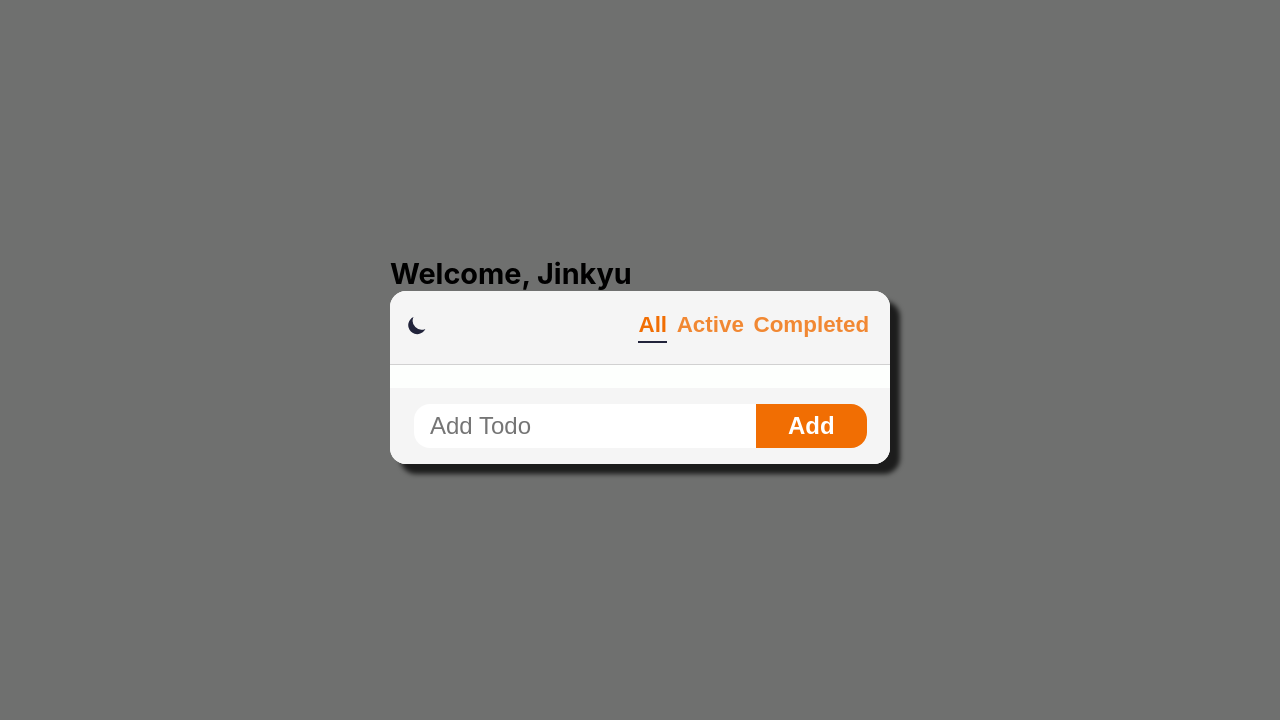
Repository: MrJinkyu/TodoList
Page: /
The author's editor kept a copy of each file at every save. The page is drawn from the files as they stood at one save, then again after the next save.
The browser window is 1280 px wide. The pictures show the whole page.
The project was rebuilt for these pictures with package versions that can differ from the ones it lists, and the page was loaded fresh each time. Also part of the build but not shown: src/components/Todo.module.css, src/components/Todo.jsx, src/components/Greeting.module.css.

Above is the page before, as saved 2023-05-01 16:04:49.

After the next save:
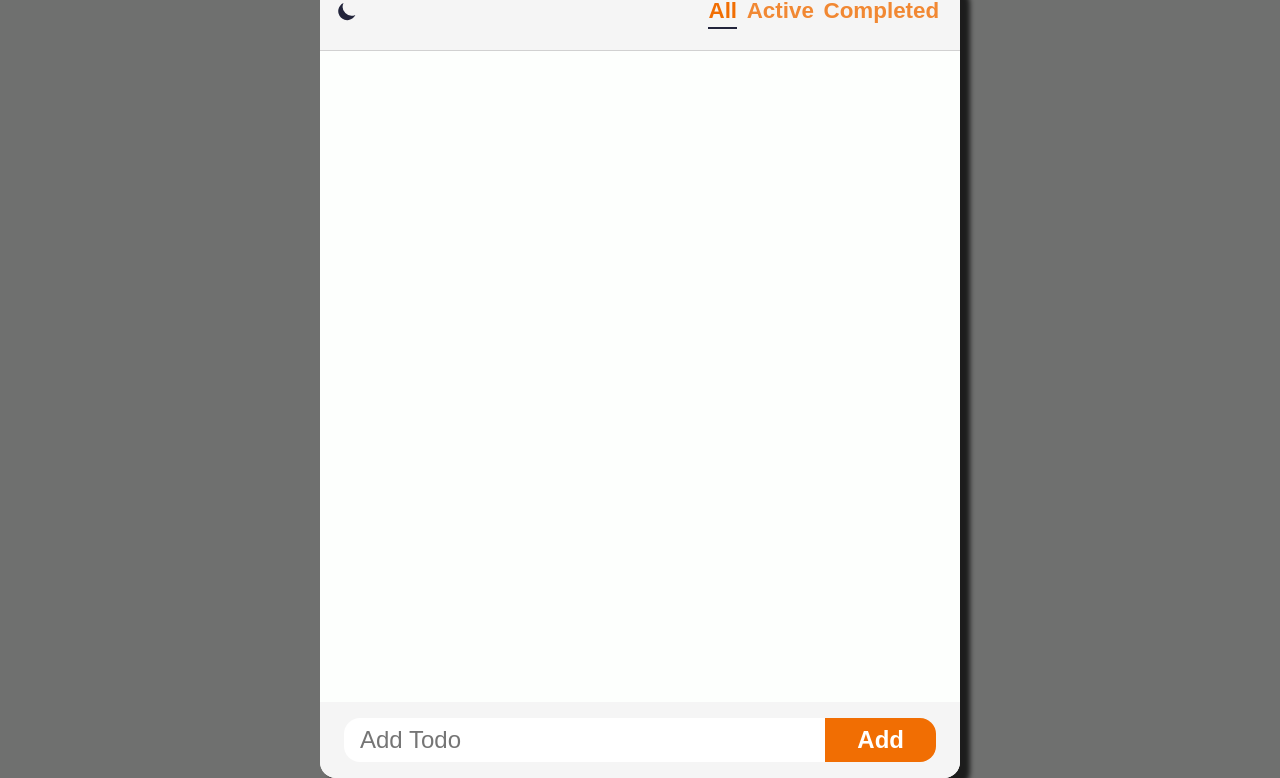
Saved 58 s later.
--- a/src/App.css
+++ b/src/App.css
@@ -2,9 +2,8 @@
     overflow: hidden;
     display: flex;
     flex-direction: column;
-    width: 100%;
-    height: 60%;
-    max-width: 500px;
+    width: 40rem;
+    height: 50rem;
     background-color: var(--color-bg);
     border-radius: 1rem;
     box-shadow: 10px 10px 5px 0px rgba(0,0,0,0.75);
